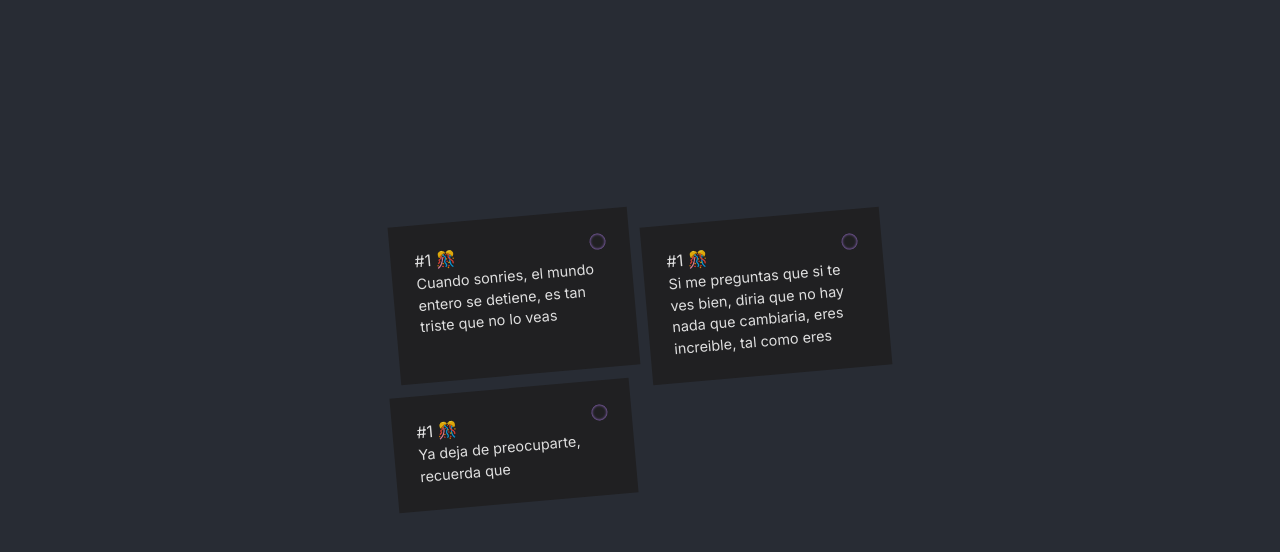
Repository: devsecops-node/simple-play
Page: /recomendations
These files come from the project's save history. The page is drawn as it stood at one moment and after the next save; the edit follows.
The browser window is 1280 px wide. The pictures show the whole page.
The project was rebuilt for these pictures with package versions that can differ from the ones it lists, and the page was loaded fresh each time. The framework's server and built-in components were replaced by stand-ins that run in the browser. Also part of the build but not shown: next.config.mjs.

Above is the page before, as saved 2024-06-21 18:19:26.

### src/app/recomendations/page.tsx
import React from 'react'
import Container from '../_components/Container'
import { RecomendationUI } from '../_components/RecomendationsSearch'
import Card from '../_components/Card'
import styles from "../_styles/cards.module.css"

export interface RecomendationUI2 {
  id: number
  recomenda: string
}

const page = () => {
  const recom: RecomendationUI2[] = [
    { id: 1, recomenda: 'Cuando sonries, el mundo entero se detiene, es tan triste que no lo veas' },
    { id: 1, recomenda: 'Si me preguntas que si te ves bien, diria que no hay nada que cambiaria, eres increible, tal como eres' },
    { id: 1, recomenda: 'Ya deja de preocuparte, recuerda que' }]
  return (
    <Container>
      <div className={styles.container}>
        <div className={styles.cards}>
          {recom.map((dat) => (
            <Card key={dat.id} recomenda={dat} />
          ))}
        </div>
      </div>
    </Container>
  )
}

export default page

### src/app/globals.css
@tailwind base;
@tailwind components;
@tailwind utilities;

:root {
  --foreground-rgb: 0, 0, 0;
  --background-start-rgb: 214, 219, 220;
  --background-end-rgb: 255, 255, 255;
}

@media (prefers-color-scheme: dark) {
  :root {
    --foreground-rgb: 255, 255, 255;
    --background-start-rgb: 0, 0, 0;
    --background-end-rgb: 0, 0, 0;
  }
}

body {
  color: rgb(var(--foreground-rgb));
  background: linear-gradient(to bottom,
      transparent,
      rgb(var(--background-end-rgb))) rgb(var(--background-start-rgb));
}

@layer utilities {
  .text-balance {
    text-wrap: balance;
  }
}

input {
  color: black;
  padding: 3px 5px;
  border-radius: 0.125rem;
  -webkit-border-radius: 0.125rem;
  -moz-border-radius: 0.125rem;
  -ms-border-radius: 0.125rem;
  -o-border-radius: 0.125rem;
  font-size: 15px;
  border: none;
}

input[type=text]:focus {
  outline: 2px solid #0284c7;
}
/* Resource for Card */

### src/app/_components/Container.tsx
import React from 'react'

const Container = ({ children }: { children: React.ReactNode }) => {
  return (
    <div className='bg-[#282c34] h-screen text-white flex flex-col items-center justify-center'>
      {children}
    </div>
  )
}

export default Container

### src/app/_components/Card.tsx
import React from 'react'
import styles from "../_styles/cards.module.css"
import { RecomendationUI2 } from '../recomendations/page'

// h-[120px] w-[200px] cursor-pointer p-4 rounded-md bg-white shadow-md text-black transition-all duration-150 hover:scale-105
const Card = ({ recomenda }: { recomenda: RecomendationUI2 }) => {
  return (
    <div className={styles.card}>
      <h2 className={styles.card_title}>#{recomenda.id} 🎊</h2>
      <p className={styles.description}>{recomenda.recomenda}</p>
    </div>
  )
}

export default Card

### src/app/_styles/cards.module.css

.container {
  height: 100%;
  width: 100%;
  padding: 1rem 0;
  display: grid;
  place-content: center;

  .cards {
    display: grid;
    grid-template-columns: repeat(2, 1fr);
    gap: 0.75rem;
    pointer-events: none;
  }

  .card {
    max-width: 15rem;
    color: #ffffffda;
    padding: 1.5rem;
    background-color: #202022;

    pointer-events: auto;

    transform: scale(1);
    opacity: 1;
    transition: all 150ms ease-in-out;

    display: flex;
    flex-direction: column;

    .card_title{
      position: relative;

      &::before {
        content: "";
        height: 1rem;
        width: 1rem;
        border-radius: 50%;
        box-shadow: inset 0 0 3px #bb86fc;
        background-color: transparent;

        position: absolute;
        right: 0;
      }
    }

    .date {
      color: #bb86fc;
      font-size: 0.85rem;
      margin-bottom: 1.5rem;
    }

    .description {
      font-size: 0.9rem;
    }

    &:nth-child(even) {
      transform: translateY(8px);
    }

    &:nth-child(n) {
      transform: rotate(-5deg);
    }
  }
}

.cards:hover > .card:hover {
  transform: scale(1.15);
  box-shadow: 0 0 10px rgba(0,0,0,0.5);
  z-index: 10;
}
.cards:hover > .card:not(:hover) {
  opacity: 0.5;
}

Loaded but not shown: src/app/layout.tsx (common file); tailwind.config.ts (common file)

After the next save:
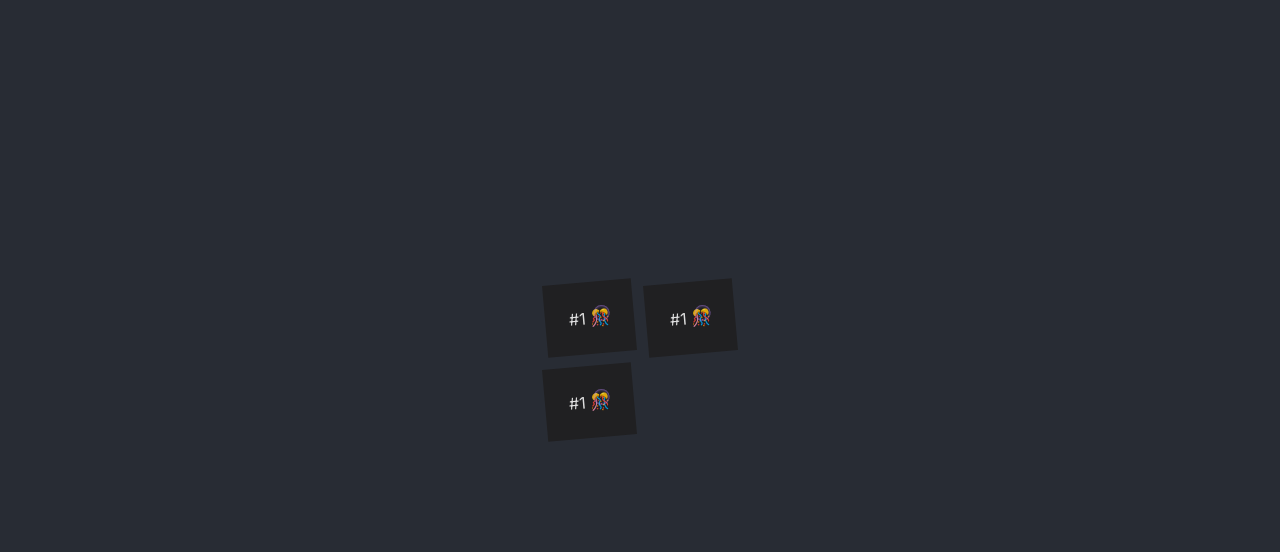
Saved 36 s later.
--- a/src/app/_components/Card.tsx
+++ b/src/app/_components/Card.tsx
@@ -7,7 +7,7 @@
   return (
     <div className={styles.card}>
       <h2 className={styles.card_title}>#{recomenda.id} 🎊</h2>
-      <p className={styles.description}>{recomenda.recomenda}</p>
+      {/* <p className={styles.description}>{recomenda.recomenda}</p> */}
     </div>
   )
 }
